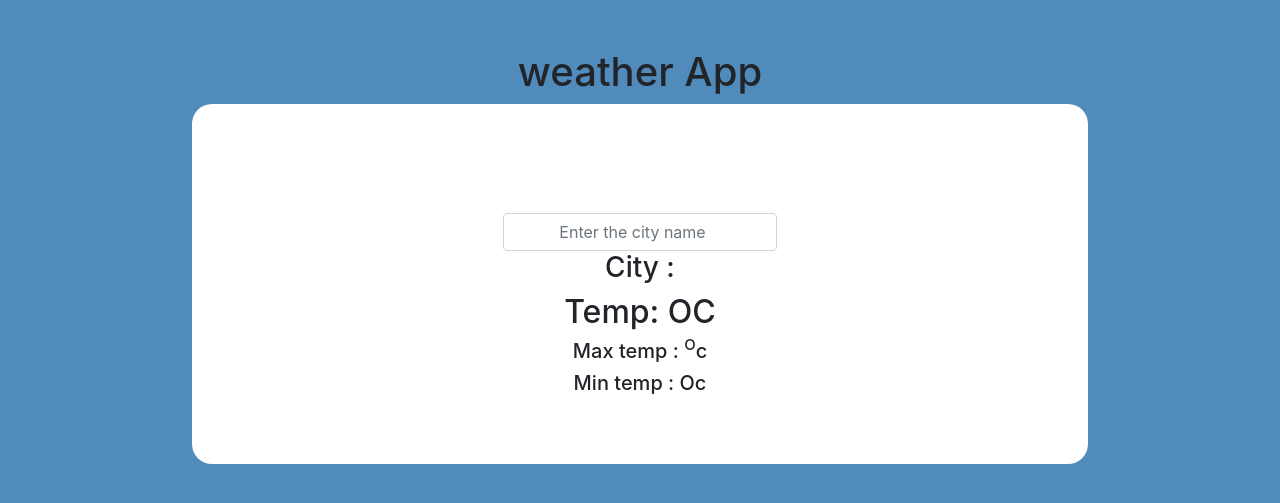
Repository: subhaDTECH/weather-app
Page: /
An editor plug-in stored every save of this project. The page is shown before and after the next save, followed by the edit.
The browser window is 1280 px wide. The pictures show the whole page.
The page's requests for data from a server got no answer. The project was rebuilt for these pictures with package versions that can differ from the ones it lists, and the page was loaded fresh each time. No one was signed in, and anything a server would have sent is missing.

Above is the page before, as saved 2021-11-19 16:33:11.

### src/index.css
*{
  margin: 0;
  padding: 0;
  box-sizing: border-box;
}
.main_section{
  background-color: rgb(80, 139, 187);
  width: 100vw;
  height: 100vh;
}
body{
  background-color: rgb(80, 139, 187);
}
.weather-app{
 width :70vw;
 height:50vh;
  background-color:#fff;
  border-radius: 20px;
}
.center_div{
  display: grid;
  place-items: center;
}
/* @media (max-width:786){
  .weather-app{
    max-width: 400px;
    max-height: 400px;
    background-color:#fff;
    border-radius: 20px;
  }

} */

### src/App.js
import React,{useState,useEffect} from 'react';
import "../node_modules/bootstrap/dist/css/bootstrap.min.css";
import "./index.css";
const App=()=>{
  const[city,setCity]=useState([]);
  const [search,setSearch]=useState();
  useEffect(() => {

    const fetchApi=async()=>{

     const res=await fetch(`http://api.openweathermap.org/data/2.5/weather?q=${search}&units=metric&appid=b4769bbe9a42ca0e8de1f56e70704218`);
     const jsondata=await res.json();



     setCity(jsondata.main);
     console.log('city',city);



    }
    fetchApi();

  },[search])


  return (
    <>
    <div className="container-fluid  main_section">
      <div className='row'>
        <div className="col-md-10 mx-auto center_div mt-5">
           <h1>weather App</h1>
         <div className="weather-app d-flex justify-content-center align-items-center flex-column">
           <div className="input_box mt-5 text-center d-inline d-flex justify-content-center align-items-center">
           <input autoComplete="off"
           placeholder="Enter the cit name..."
           value={search} onChange={(event)=>{setSearch(event.target.value)}} className="form-control me-2 text-center" type="search" placeholder="Enter the city name" aria-label="Search"/>


            <div>

            </div>


           </div>
           {city ? (<div className="info_box text-center">
               <h3>City :{search}</h3>
              <h2>Temp:{city?.temp} OC</h2>
               <h5>Max temp :{city?.temp_max} <sup>O</sup>c </h5>
               <h5>Min temp :{city?.temp_min} Oc</h5>

           </div>):(
            <div className="info_box">
               <h3>City not found</h3>


           </div>

           )}




         </div>


        </div>

    </div>

    </div>

    </>
  )
}
export default App;

Loaded but not shown: public/index.html (common file); src/index.js (common file)

After the next save:
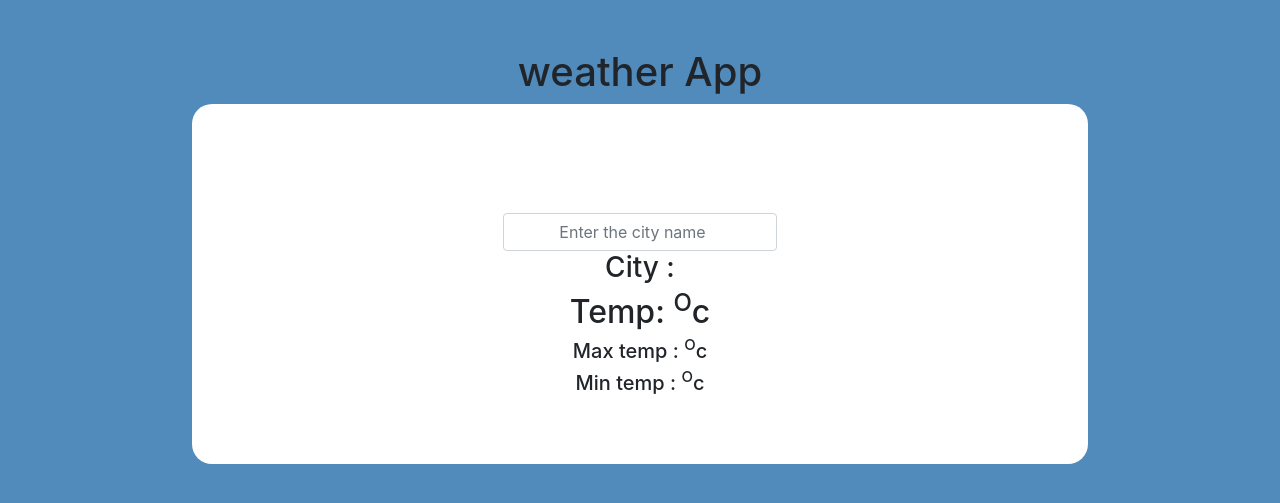
Saved 25 s later.
--- a/src/App.js
+++ b/src/App.js
@@ -45,9 +45,9 @@ const App=()=>{
            </div>
            {city ? (<div className="info_box text-center">
                <h3>City :{search}</h3>
-              <h2>Temp:{city?.temp} OC</h2>
+              <h2>Temp:{city?.temp} <sup>O</sup>c </h2>
                <h5>Max temp :{city?.temp_max} <sup>O</sup>c </h5>
-               <h5>Min temp :{city?.temp_min} Oc</h5>
+               <h5>Min temp :{city?.temp_min} <sup>O</sup>c </h5>
 
            </div>):(
             <div className="info_box">
